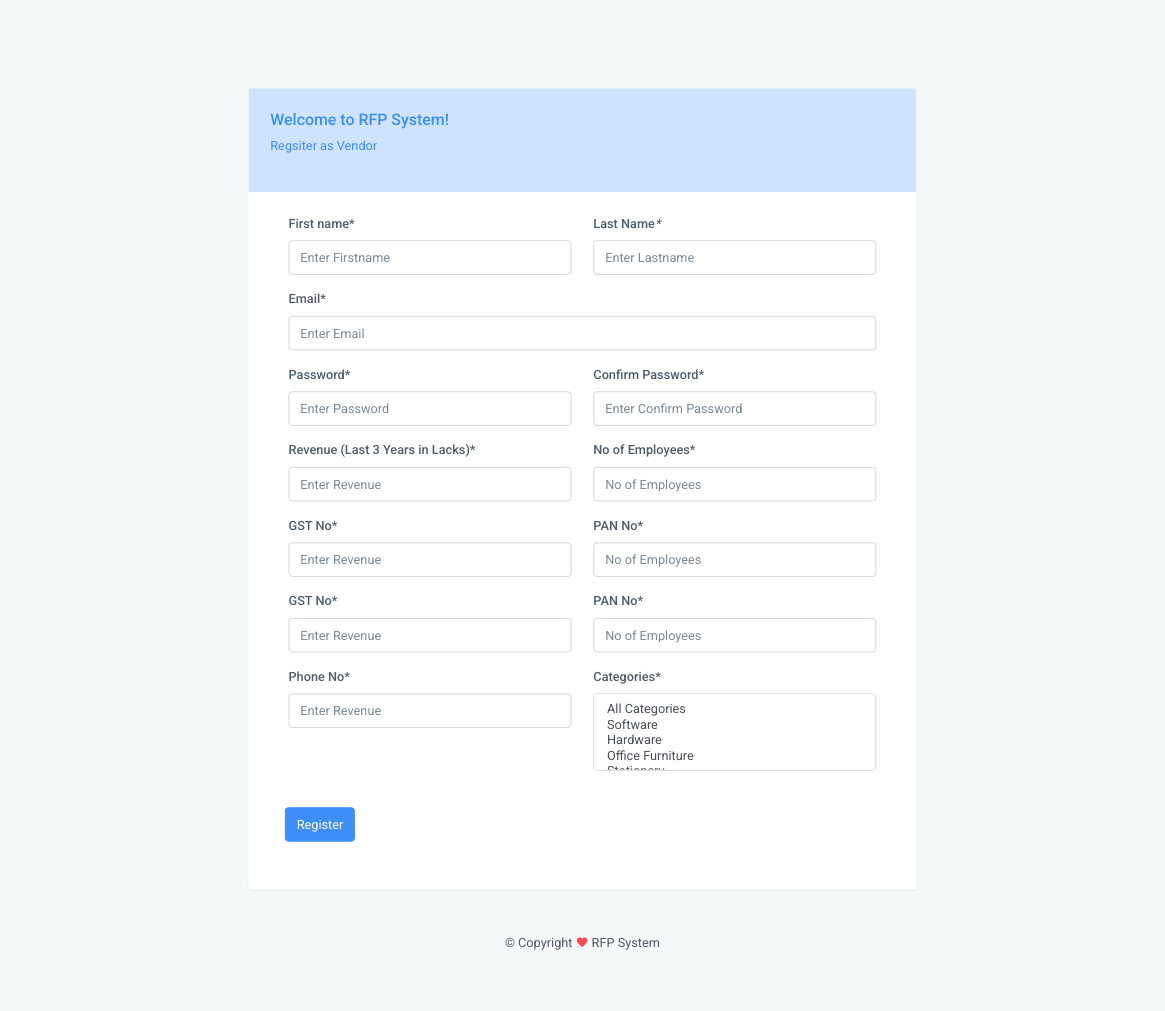
Repository: saurabhgithb/RFP-System
Page: register.html
These files come from the project's save history. The page is drawn as it stood at one moment and after the next save; the edit follows.
The browser window is 1280 px wide. The pictures show the whole page, at 91% of full size.

Above is the page before, as saved 2023-01-04 18:20:17.

After the next save:
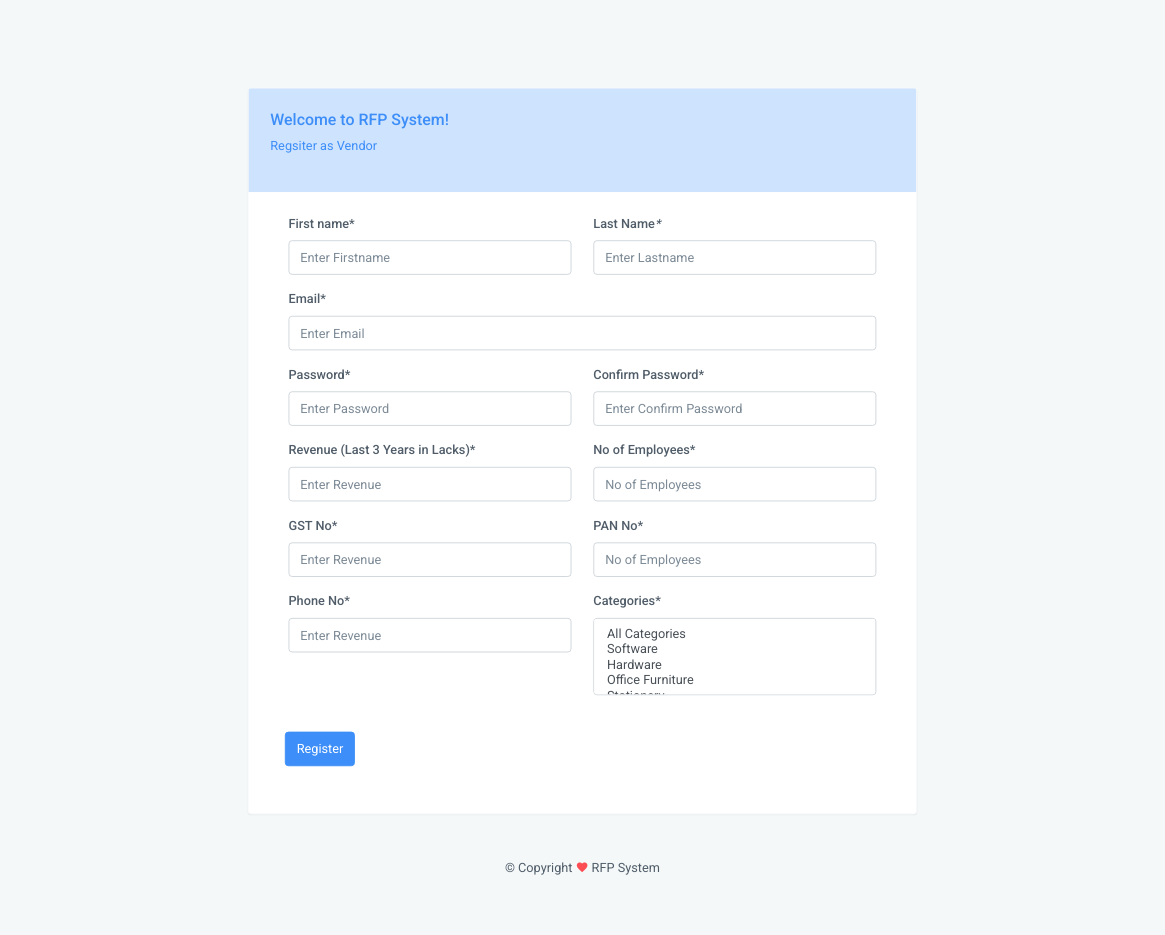
Saved 76 s later.
--- a/register.html
+++ b/register.html
@@ -104,19 +104,6 @@
 
                                             <div class="col-md-12 col-lg-6 col-xl-6">
                                                 <div class="form-group">
-                                                    <label for="revenue">GST No*</label>
-                                                    <input type="text" class="form-control" id="revenue" placeholder="Enter Revenue">
-                                                </div>
-                                            </div>
-                                            <div class="col-md-12 col-lg-6 col-xl-6">
-                                                <div class="form-group">
-                                                    <label for="noofemployees">PAN No*</label>
-                                                    <input type="text" class="form-control" id="noofemployees" placeholder="No of Employees">
-                                                </div>
-                                            </div>
-
-                                            <div class="col-md-12 col-lg-6 col-xl-6">
-                                                <div class="form-group">
                                                     <label for="revenue">Phone No*</label>
                                                     <input type="text" class="form-control" id="revenue" placeholder="Enter Revenue">
                                                 </div>
